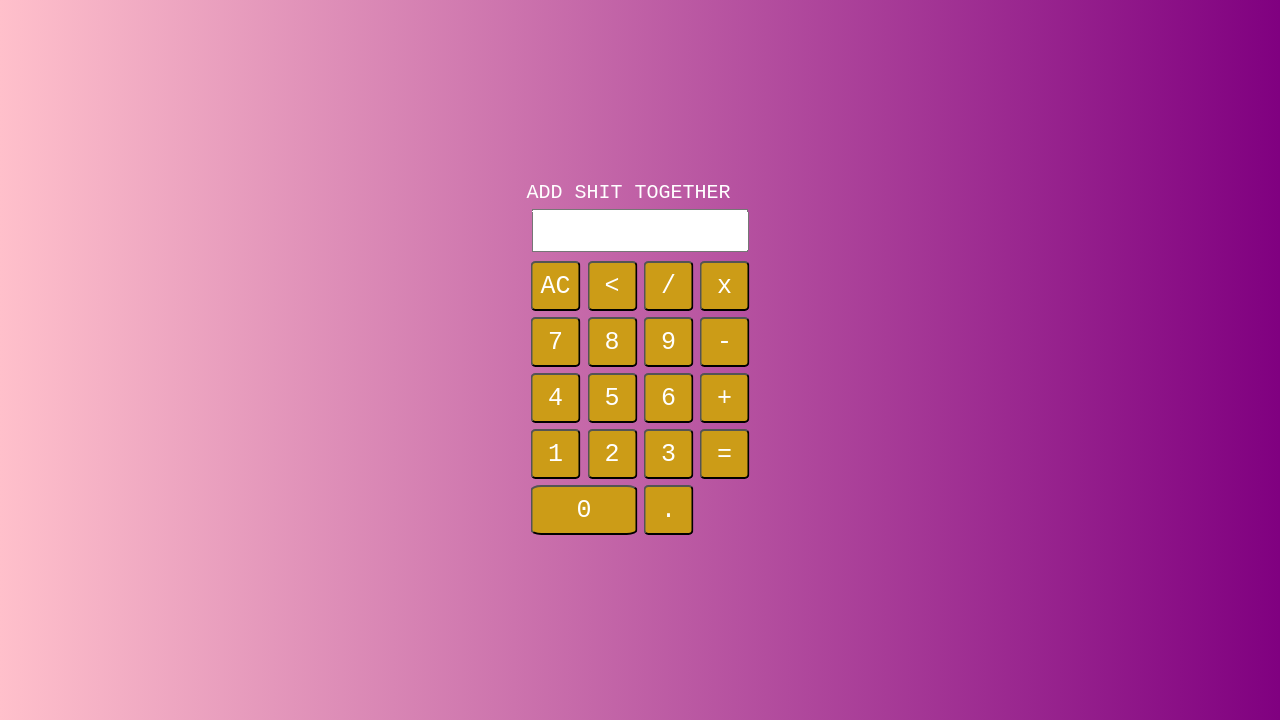
Repository: lacey-crenshaw/calculator
Page: index.html
An editor plug-in stored every save of this project. The page is shown before and after the next save, followed by the edit.
The browser window is 1280 px wide. The pictures show the whole page.
Some web fonts or font styles are not loaded; a fallback is used.

Above is the page before, as saved 2020-02-14 13:09:43.

### index.html
<html>

<head>
    <link href="https://fonts.googleapis.com/css?family=Cutive+Mono&display=swap" rel="stylesheet">
    <link rel="stylesheet" href="style.css">
    <script>
        function insert(num) {
            document.form.textview.value = document.form.textview.value + num
        }

        function equal() {
            let exp = document.form.textview.value;
            if (exp) {
                document.form.textview.value = eval(exp)
            }
        }

        function ac() {
            document.form.textview.value = "";
        }

        function back() {
            let exp = document.form.textview.value;
            document.form.textview.value = exp.substring(0, exp.length - 1);
        }
    </script>
</head>

<body>
    <div class="bg"></div>
    <div class="main">
        <form name="form">
            <label class="labelText" for="form">ADD SHIT TOGETHER</label><br>
            <input class="textview" name="textview">
        </form>
        <table>
            <tr>
                <td><input class="button" type="button" value="AC" onclick="ac()"> </td>
                <td><input class="button" type="button" value="<" onclick="back()"> </td>
                <td><input class="button" type="button" value="/" onclick="insert('/')"> </td>
                <td><input class="button" type="button" value="x" onclick="insert('*')"> </td>
            </tr>
            <tr>
                <td><input class="button" type="button" value="7" onclick="insert(7)"></td>
                <td><input class="button" type="button" value="8" onclick="insert(8)"> </td>
                <td><input class="button" type="button" value="9" onclick="insert(9)"> </td>
                <td><input class="button" type="button" value="-" onclick="insert('-')"> </td>
            </tr>
            <tr>
                <td><input class="button" type="button" value="4" onclick="insert(4)"> </td>
                <td><input class="button" type="button" value="5" onclick="insert(5)"> </td>
                <td><input class="button" type="button" value="6" onclick="insert(6)"> </td>
                <td><input class="button" type="button" value="+" onclick="insert('+')"> </td>
            </tr>
            <tr>
                <td><input class="button" type="button" value="1" onclick="insert(1)"> </td>
                <td><input class="button" type="button" value="2" onclick="insert(2)"> </td>
                <td><input class="button" type="button" value="3" onclick="insert(3)"> </td>
                <td><input class="button" type="button" value="=" onclick="equal()"></td>
            </tr>
            <tr>
                <td colspan="2"><input class="button" id="zero" type="button" value="0" onclick="insert(0)">
                </td>
                <td><input class="button" type="button" value="." onclick="insert('.')"> </td>
            </tr>
        </table>
    </div>
</body>

</html>

### style.css
*{
    margin:0;
    padding:0;
}

.button {
    width: 50;
    height: 50;
    font-size: 25;
    margin: 2;
    cursor: pointer;
    background:  #cc9c17;
    color: white;
    font-family: 'Cutive Mono', monospace;
    border-radius: 10%;

}

.textview {
    width: 217;
    margin: 5;
    font-size: 25;
    padding: 5;
    color: #2b2d36;;
    font-family: 'Cutive Mono', monospace;

}

.labelText {

    width: 217;
    margin: 0;
    font-size: 20;
    color: white;
    font-family: 'Cutive Mono', monospace
}

.main {
    position: absolute;
    top: 50%;
    left: 50%;
    transform: translateX(-50%) translateY(-50%);
}

.bg {
    background: linear-gradient(to right, pink, purple);
    height: 100%;
}

#zero {
    width: 107;
}

After the next save:
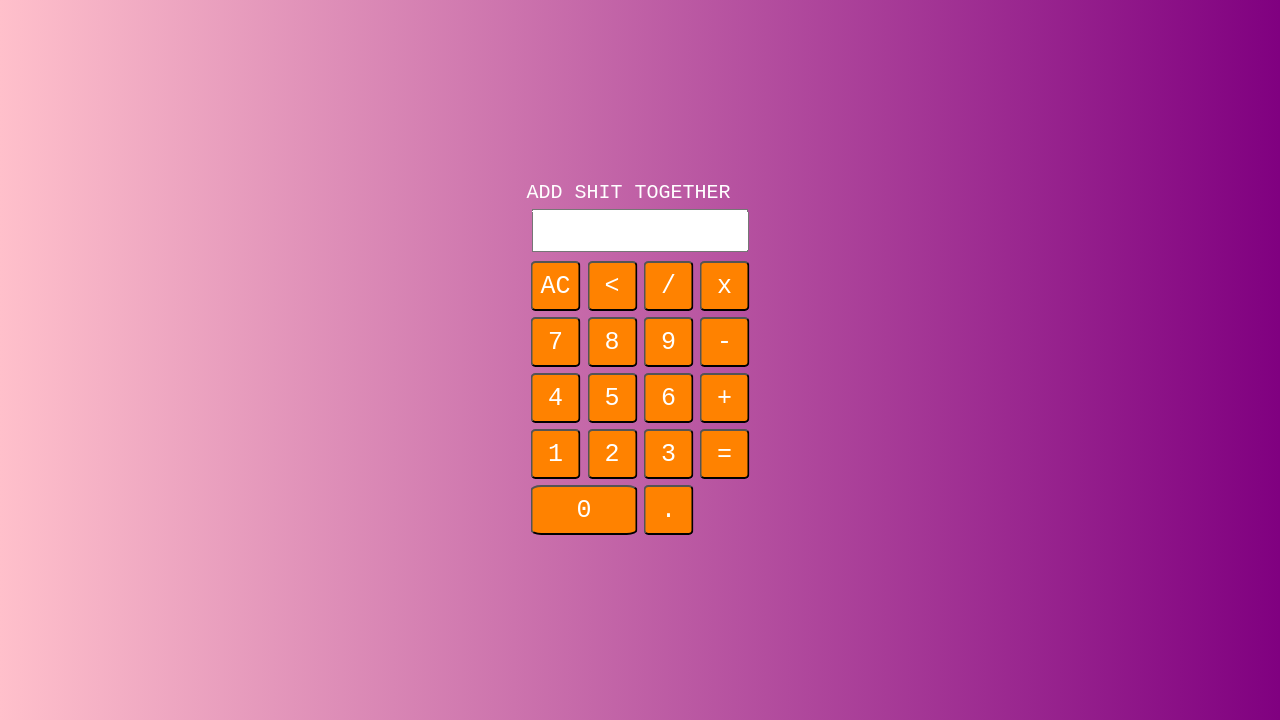
Saved 3 min 7 s later.
--- a/style.css
+++ b/style.css
@@ -9,7 +9,7 @@
     font-size: 25;
     margin: 2;
     cursor: pointer;
-    background:  #cc9c17;
+    background:  #ff8200;
     color: white;
     font-family: 'Cutive Mono', monospace;
     border-radius: 10%;

After the save that followed:
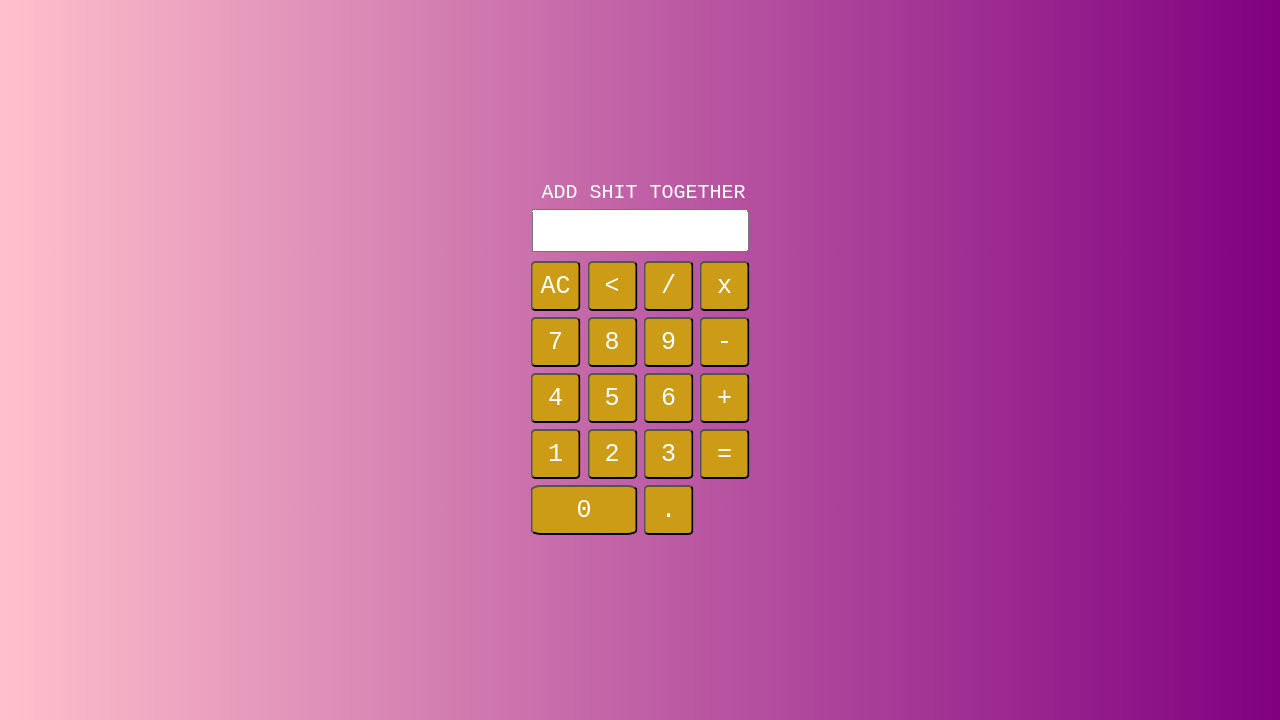
Saved 9 min 27 s later.
--- a/style.css
+++ b/style.css
@@ -9,7 +9,7 @@
     font-size: 25;
     margin: 2;
     cursor: pointer;
-    background:  #ff8200;
+    background:  #cc9c17;
     color: white;
     font-family: 'Cutive Mono', monospace;
     border-radius: 10%;
@@ -29,7 +29,8 @@
 .labelText {
 
     width: 217;
-    margin: 0;
+    margin: 5;
+    padding-left: 10px;
     font-size: 20;
     color: white;
     font-family: 'Cutive Mono', monospace
